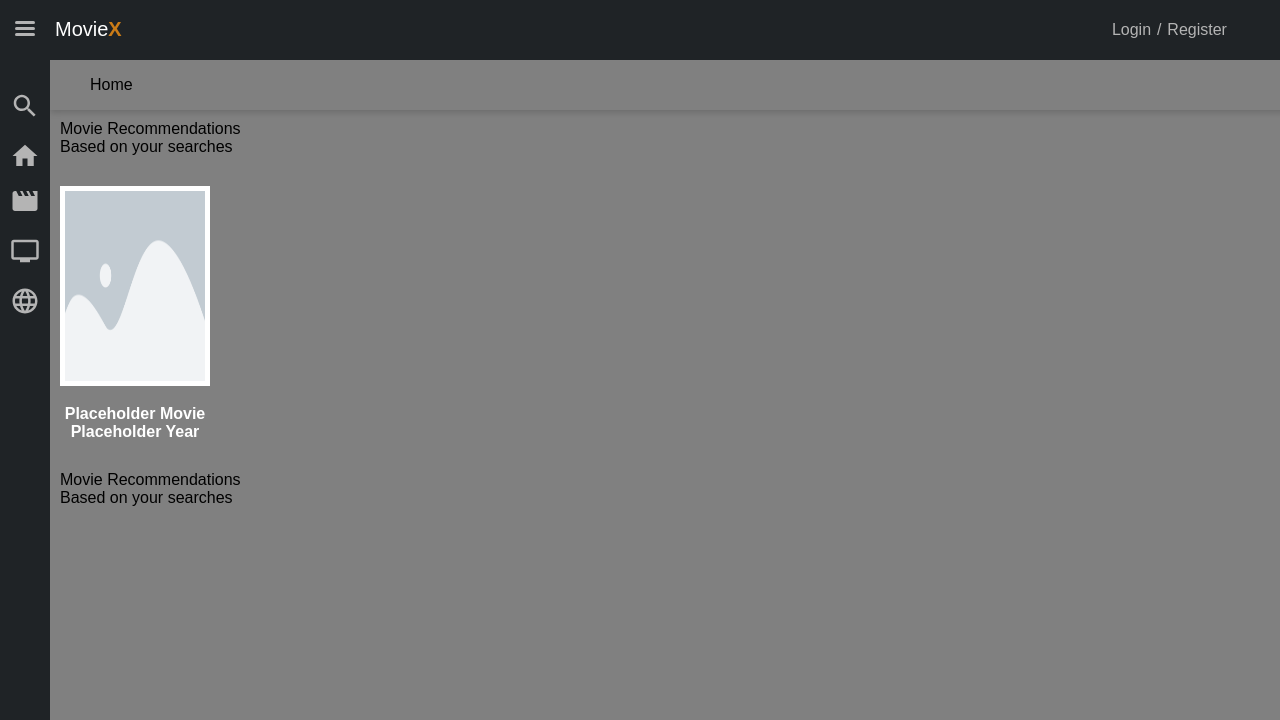
Repository: Amad-Mlinka/MovieTVBrowserNext
Page: /
An editor plug-in stored every save of this project. The page is shown before and after the next save, followed by the edit.
The browser window is 1280 px wide. The pictures show the whole page.
The project was rebuilt for these pictures with package versions that can differ from the ones it lists, and the page was loaded fresh each time. The framework's server and built-in components were replaced by stand-ins that run in the browser. Also part of the build but not shown: next.config.js.

Above is the page before, as saved 2021-08-06 22:55:26.

After the next save:
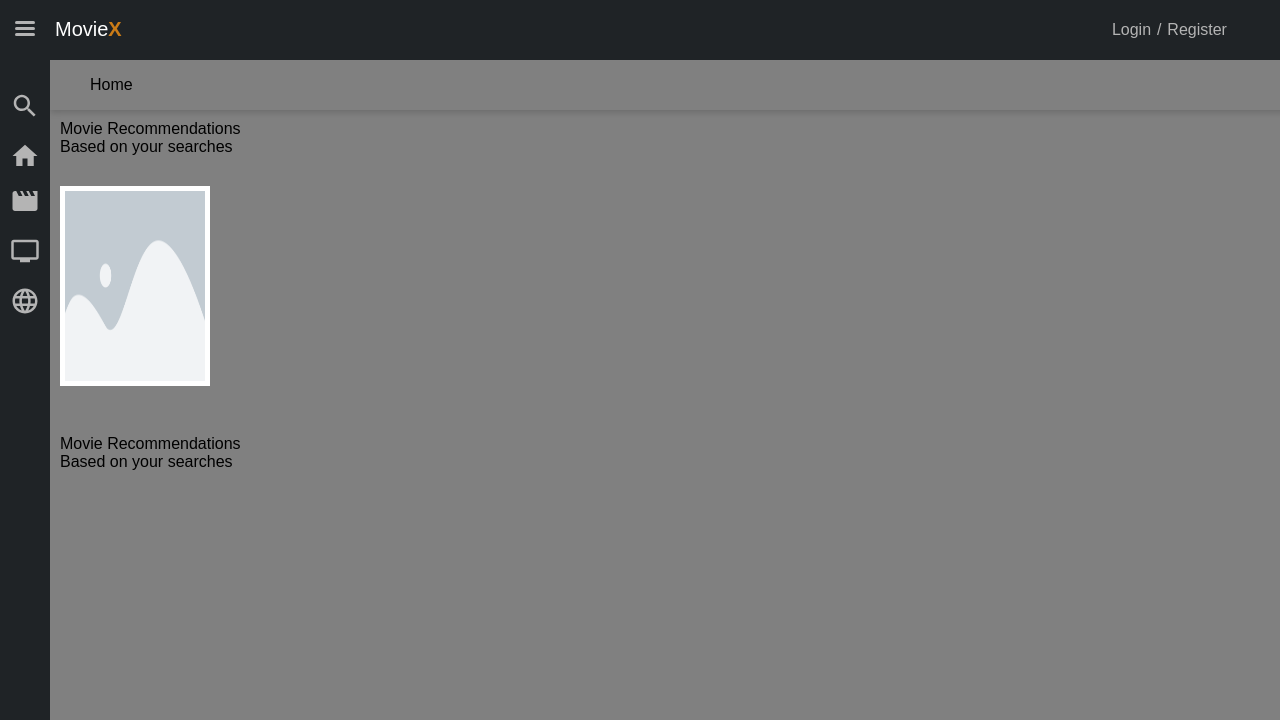
Saved 1 s later.
--- a/components/media/Media.tsx
+++ b/components/media/Media.tsx
@@ -30,10 +30,10 @@ const Media = (props) => {
               </div>
               <div className={mediaStyles.mediaInfo}>
                 <div className={mediaStyles.mediaTitle}>
-                  <span className={mediaStyles.mediaTitleText}> Placeholder Movie</span>
+                  <span className={mediaStyles.mediaTitleText}> {props.title}</span>
                 </div>
                 <div className={mediaStyles.mediaYear}>
-                  <span className={mediaStyles.mediaYearText}> Placeholder Year</span>
+                  <span className={mediaStyles.mediaYearText}> {props.year}</span>
                 </div>
               </div>
             </div>
